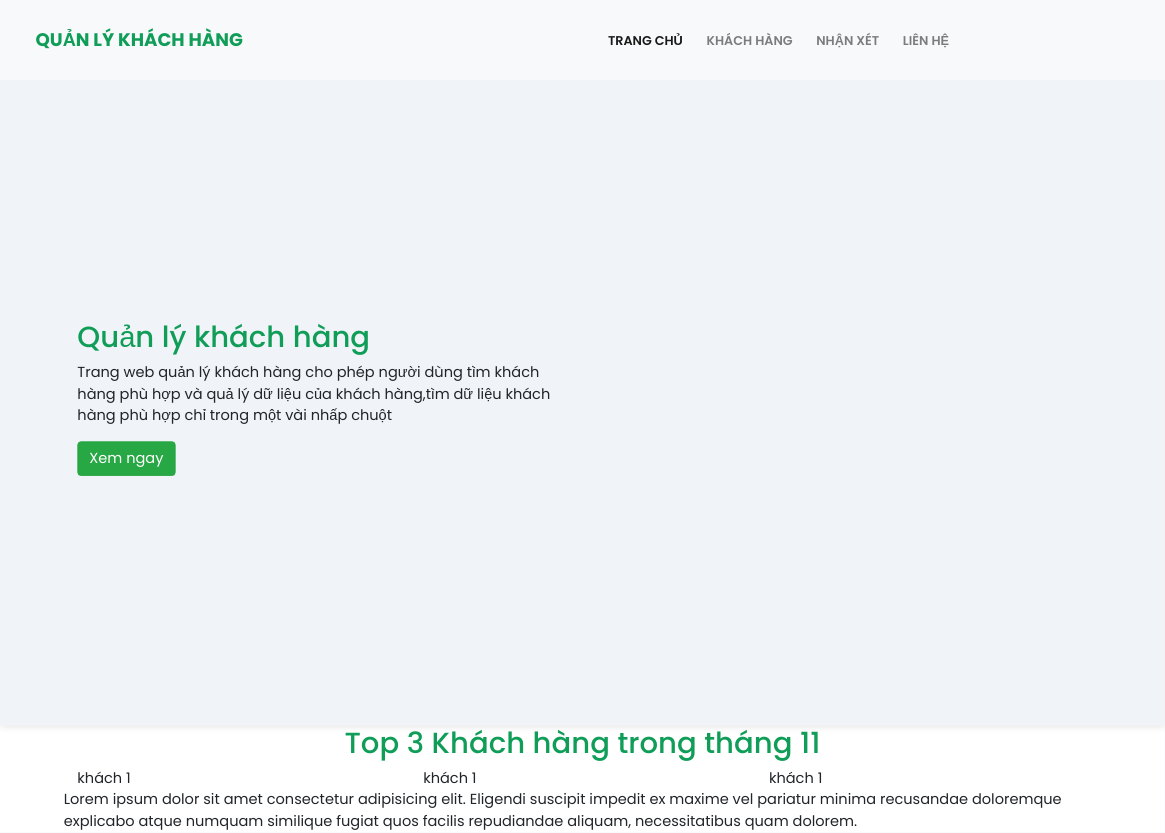
Repository: huutien1904/bt2-ltw
Page: index.html
The author's editor kept a copy of each file at every save. The page is drawn from the files as they stood at one save, then again after the next save.
The browser window is 1280 px wide. The pictures show the whole page, at 91% of full size.

Above is the page before, as saved 2021-11-04 08:41:28.

### index.html
<!DOCTYPE html>
<html lang="en">
<head>
    <meta charset="UTF-8">
    <meta http-equiv="X-UA-Compatible" content="IE=edge">
    <meta name="viewport" content="width=device-width, initial-scale=1.0">
    <title>Quản Lý Khách Hàng</title>

    <!-- style -->
    <link rel="stylesheet" href="./style.css">
    <!-- font Poppins -->
    <link rel="preconnect" href="https://fonts.googleapis.com">
    <link rel="preconnect" href="https://fonts.gstatic.com" crossorigin>
    <link href="https://fonts.googleapis.com/css2?family=Poppins:wght@100;200;300;400;500;600;700;800;900&display=swap" rel="stylesheet">
    <!--  boostrap -->
    <link rel="stylesheet" href="https://maxcdn.bootstrapcdn.com/bootstrap/4.5.2/css/bootstrap.min.css">
    <script src="https://ajax.googleapis.com/ajax/libs/jquery/3.5.1/jquery.min.js"></script>
    <script src="https://cdnjs.cloudflare.com/ajax/libs/popper.js/1.16.0/umd/popper.min.js"></script>
    <script src="https://maxcdn.bootstrapcdn.com/bootstrap/4.5.2/js/bootstrap.min.js"></script>
</head>
<body>
  <!-- navbar -->
    <!-- <nav class="navbar navbar-default navbar-fixed-top">
        <div class="container-fluid ">
          <div class="navbar-header">
            <button type="button" class="navbar-toggle" data-toggle="collapse" data-target="#myNavbar">
              <span class="icon-bar"></span>
              <span class="icon-bar"></span>
              <span class="icon-bar"></span>
            </button>
            <a class="navbar-brand" href="#home">QUẢN LÝ KHÁCH HÀNG</a>
          </div>
          <div class="collapse navbar-collapse" id="myNavbar">
            <ul class="nav navbar-nav navbar-right">
              <li class="active_nav"><a href="#home">TRANG CHỦ</a></li>
              <li ><a href="#customer">KHÁCH HÀNG</a></li>
              <li><a href="#comment">NHẬN XÉT</a></li>
              <li><a href="#contact">LIÊN HỆ</a></li>
            </ul>
          </div>
        </div>
    </nav> -->
  <!-- end navbar -->
  <nav class="navbar navbar-expand-lg navbar-light bg-light fixed-top p-4 d-flex justify-content-between">
    <div class="nav_title col-md-6 col-sm-12">
      <a class="navbar-brand" href="#">QUẢN LÝ KHÁCH HÀNG</a>
    </div>

    <div class="nav_menu col-md-6 ">
      <button class="navbar-toggler" type="button" data-toggle="collapse" data-target="#navbarSupportedContent" aria-controls="navbarSupportedContent" aria-expanded="false" aria-label="Toggle navigation">
        <span class="navbar-toggler-icon"></span>
      </button>
      <div class="collapse navbar-collapse" id="navbarSupportedContent">
        <ul class="navbar-nav mr-auto">
          <li class="nav-item active">
            <a class="nav-link" href="#home">TRANG CHỦ</a>
          </li>
          <li class="nav-item">
            <a class="nav-link" href="#customer">KHÁCH HÀNG</a>
          </li>

          <li class="nav-item">
            <a class="nav-link" href="#comment">NHẬN XÉT</a>
          </li>
          <li class="nav-item">
            <a class="nav-link" href="#contact">LIÊN HỆ</a>
          </li>

        </ul>

      </div>
    </div>


  </nav>
  <!-- trang chủ -->
  <section
    id="home"
    >
    <div class="container">
      <div class="row">
        <div class="col-md-6 col-xs-12 ">
          <div class="">
            <h2 class="slogan">Quản lý khách hàng</h2>
            <p class="">
              Trang web quản lý khách hàng cho phép người dùng tìm khách hàng phù hợp và quả lý dữ liệu của khách hàng,tìm dữ liệu khách hàng phù hợp chỉ trong một vài nhấp chuột
            </p>
            <div class="left-to-right play-on-scroll delay-4">
              <button type="button" class="btn btn-success">Xem ngay</button>
            </div>
          </div>
        </div>
      </div>
    </div>
  </section>
  <!-- end trang chủ -->

  <!-- khách hàng -->
  <section id="customer ">
    <div class="container">
      <div class="row">
        <div class="col-md-12 col-sm-12 d-flex justify-content-center align-items-center">
          <h2 class="title_customer ">Top 3 Khách hàng trong tháng 11</h2>
        </div>
      </div>
      <div class="row">
        <div class="col-md-4 col-sm-12">
          khách 1
        </div>
        <div class="col-md-4 col-sm-12">
          khách 1

        </div>
        <div class="col-md-4 col-sm-12">
          khách 1

        </div>
        Lorem ipsum dolor sit amet consectetur adipisicing elit. Eligendi suscipit impedit ex maxime vel pariatur minima recusandae doloremque explicabo atque numquam similique fugiat quos facilis repudiandae aliquam, necessitatibus quam dolorem.
      </div>
    </div>
  </section>
  <!-- end khách hàng -->
  <!--  Nhận xét-->
  <section id="comment">

  </section>
  <!-- liên hệ -->
  <section id="contact">

  </section>
</body>
</html>

### style.css
*{
  font-family: 'Poppins', sans-serif;
}

:root {
  --primary-color: #0f9d58;
  --backgound-color: #f0f3f7;
  --secon-color: #9da2ad;
  --grey: #7a7a7a;
  --white: #ffffff;
}
body {
  font: 400 15px Lato, sans-serif;
  line-height: 1.8;
  color: #818181;
}
.navbar-default{
  padding: 15px;
  background-color: var(--backgound-color);
  box-shadow: 0 2px 8px rgb(0 0 0 / 10%);
}
.navbar-brand{
  font-weight: 700;
  font-size: 20px;
  color: var(--primary-color) !important;

}
.navbar-nav li{
  font-size: 14px;
  font-weight: 600;
  margin: 0 5px;
  /* padding:5px; */
}
.navbar-nav li:hover{
  background-color: var(--primary-color);
  border-radius: 15px;
  color: white !important;
}
#home{
  margin-top: 77px;
  height: 100vh;
  display: flex;
  justify-content: center;
  align-items: center;
  background-color: var(--backgound-color);
  box-shadow: 0 2px 8px rgb(0 0 0 / 10%);
}
.slogan{
  color: var(--primary-color);
}
.title_customer{
  color: var(--primary-color);

}
#customer{
  height: 90vh;
  background-color: var(--backgound-color);
  box-shadow: 0 2px 8px rgb(0 0 0 / 10%);
}
/* .active_nav{
  background-color: var(--primary-color);
  border-radius: 15px;
} */

After the next save:
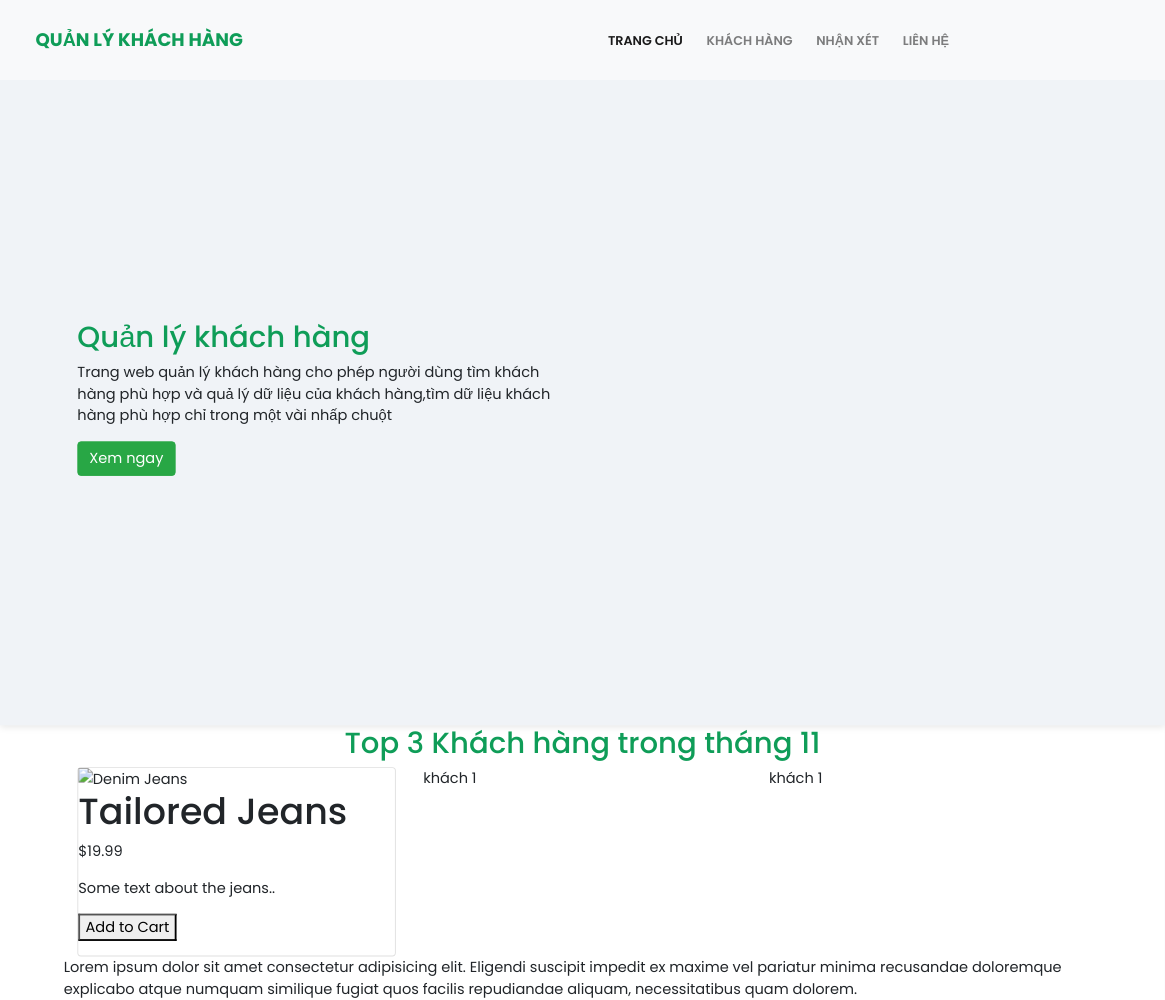
Not found: jeans3.jpg
Saved 3 min 13 s later.
--- a/index.html
+++ b/index.html
@@ -105,7 +105,13 @@
       </div>
       <div class="row">
         <div class="col-md-4 col-sm-12">
-          khách 1
+          <div class="card">
+            <img src="jeans3.jpg" alt="Denim Jeans" style="width:100%">
+            <h1>Tailored Jeans</h1>
+            <p class="price">$19.99</p>
+            <p>Some text about the jeans..</p>
+            <p><button>Add to Cart</button></p>
+          </div>
         </div>
         <div class="col-md-4 col-sm-12">
           khách 1
